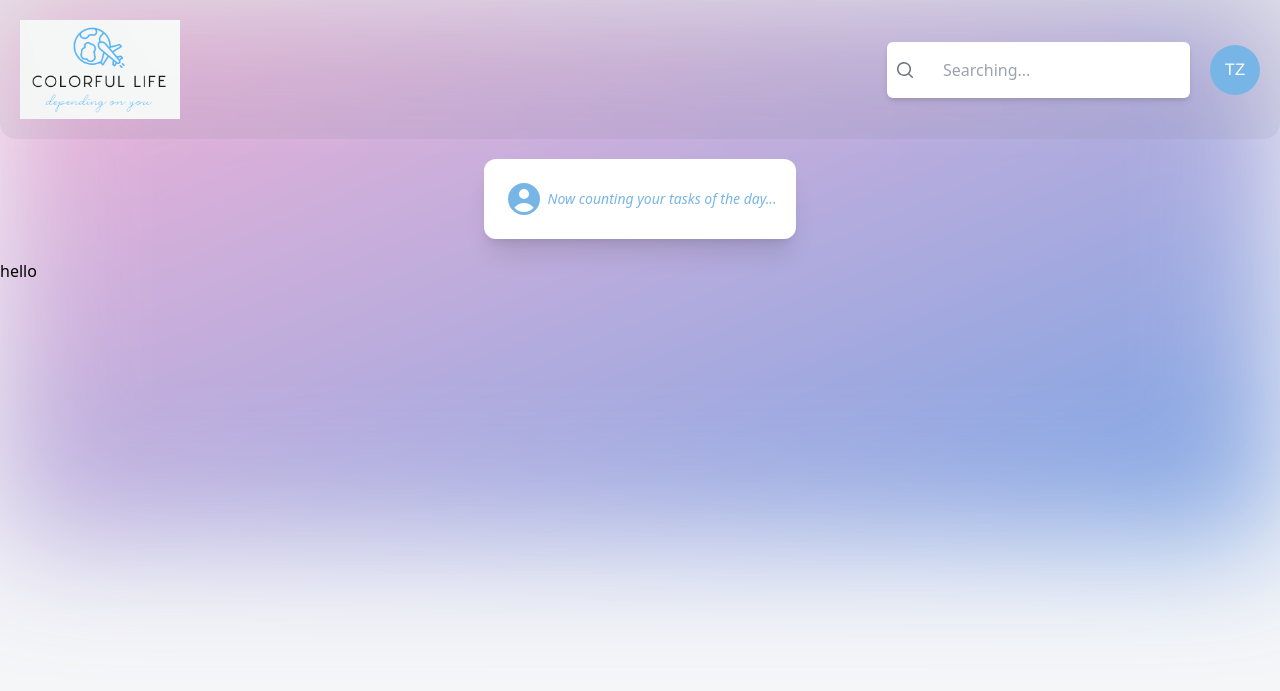
Repository: Tracy-maker/Kban
Page: /
These files come from the project's save history. The page is drawn as it stood at one moment and after the next save; the edit follows.
The browser window is 1280 px wide. The pictures show the whole page.
The project was rebuilt for these pictures with package versions that can differ from the ones it lists, and the page was loaded fresh each time. The framework's server and built-in components were replaced by stand-ins that run in the browser. Also part of the build but not shown: next.config.js.

Above is the page before, as saved 2023-08-23 18:38:05.

After the next save:
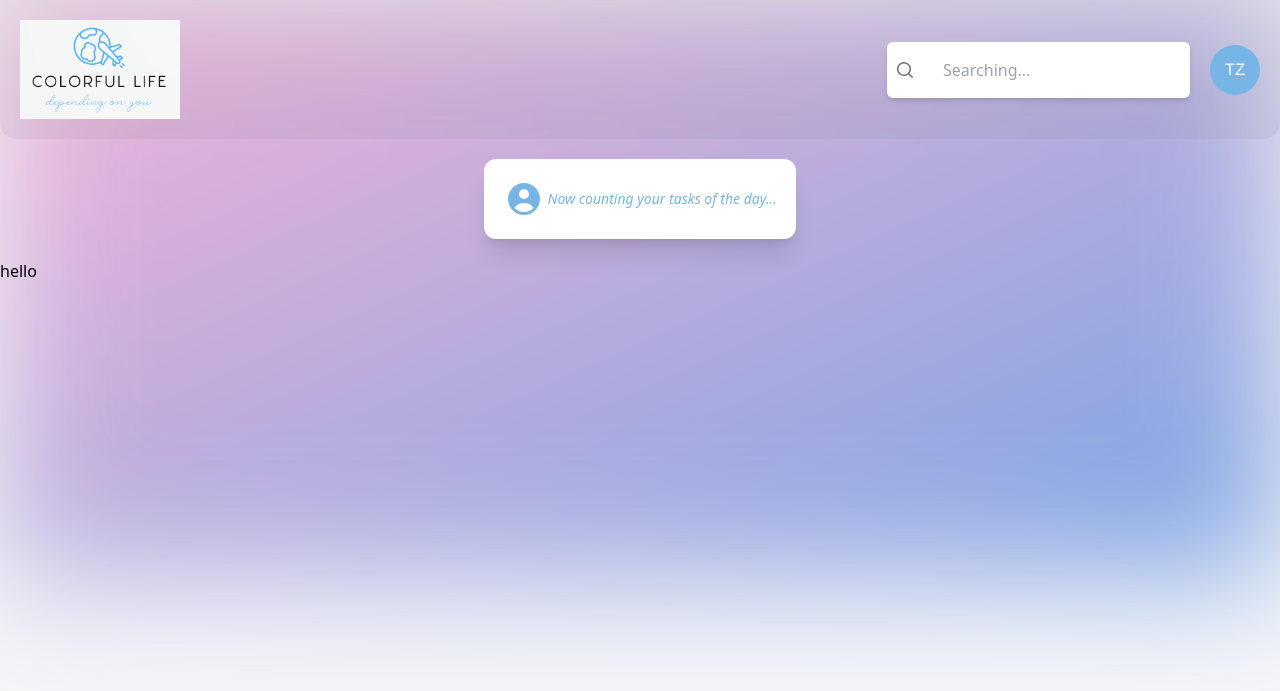
Saved 4 min 2 s later.
--- a/components/Header/Header.tsx
+++ b/components/Header/Header.tsx
@@ -9,7 +9,7 @@
   return (
     <header>
       <div className="flex flex-col md:flex-row items-center p-5 bg-gray-500/10 rounded-b-2xl">
-       <div className="absolute top-0 left-0 w-full h-3/4 bg-gradient-to-br from-pink-400 to-[#0055D1] rounded-md filter blur-3xl opacity-50 -z-50"/>
+       <div className="absolute top-0 left-0 w-full h-4/5 bg-gradient-to-br from-pink-400 to-[#0055D1] rounded-md filter blur-3xl opacity-50 -z-50"/>
 
         <Image
           className="w-40 md:w-50 pb-10 md:pb-0 object-contain"
